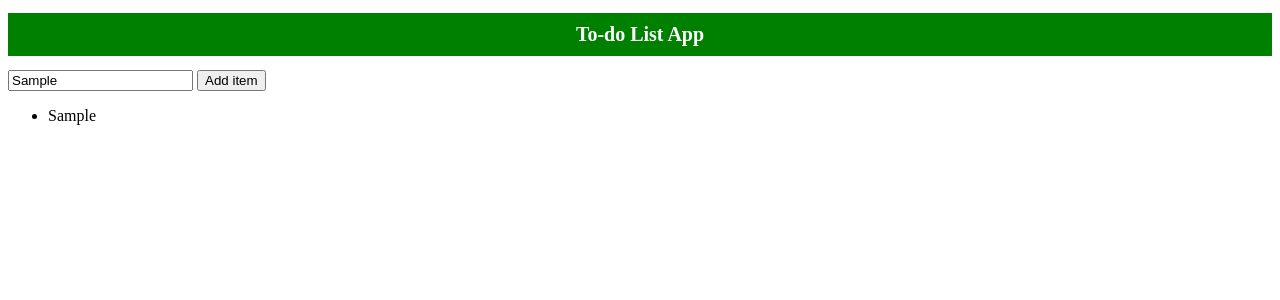
Repository: binhphanbp/WEB2064_JavaScript-Advanced_WD20305
Page: lesson4/lesson4.html
These files come from the project's save history. The page is drawn as it stood at one moment and after the next save; the edit follows.
The browser window is 1280 px wide. The pictures show the whole page.
Empty fields were first filled with sample values (such as "Sample", 5 or name@example.com).
After loading, the first visible `#btnAdd` was clicked once.

Above is the page before, as saved 2025-09-22 13:55:06.
Console error (its wording comes from the project's code and is left out).

### lesson4/lesson4.html
<!DOCTYPE html>
<html lang="en">
  <head>
    <meta charset="UTF-8" />
    <meta name="viewport" content="width=device-width, initial-scale=1.0" />
    <title>Document</title>

    <style>
      .styleH1 {
        padding: 10px;
        text-align: center;
      }

      .anotherStyleH1 {
        box-shadow: 5px 5px 10px gray;
      }

      .completed {
        text-decoration: line-through;
        color: gray;
      }
    </style>
  </head>
  <body>
    <h1 id="h1Tag">To-do List App</h1>
    <div id="divTodo"></div>
    <ul id="ulTag"></ul>

    <script>
      const h1Tag = document.getElementById('h1Tag');
      const divTodo = document.getElementById('divTodo');
      const ulTag = document.getElementById('ulTag');

      // 1. Sử dụng style
      h1Tag.style = 'background-color: green; color: white';
      h1Tag.style.fontSize = '20px';

      // 2. Sử dụng với className
      h1Tag.className = 'styleH1';

      // 3. Sử dụng classList
      h1Tag.classList.add('anotherStyleH1');
      h1Tag.classList.remove('anotherStyleH1');

      // 4. Thêm một phần tử mới bằng createElement
      // const liTag = document.createElement('li');
      // liTag.innerText = 'Learn JavaScript Advanced';
      // ulTag.appendChild(liTag);

      // 5. Thêm phần tử bằng HTML
      divTodo.innerHTML = `
        <input type="text" placeholder="Enter item">
        <button id = 'btnAdd' type="submit">Add item</button>
      `;

      // Chọn phần tử input, button. Bấm nút thêm thì lấy giá trị trong input
      const inputTag = document.querySelector('input');
      const btnAdd = document.querySelector('#btnAdd');

      btnAdd.addEventListener('click', () => {
        const liTag = document.createElement('li');
        const btnDelete = document.createElement('button');
        const inputValue = inputTag.value;
        liTag.innerText = inputValue;
        liTag.addEventListener('click', () => {
          liTag.classList.toggle('completed');
        });

        // insertAdjacentElement
        ulTag.insertAdjacentElement('beforeend', liTag);
        liTag.insertAdjacentElement('beforeend', liTag);

        inputTag.value = '';

        updateTaskCount();
      });

      // 6. Chèn phần tử bằng after
      const h4Tag = document.createElement('h4');
      const updateTaskCount = () => {
        const totalTasks = document.querySelectorAll('li').length;

        h4Tag.innerText = `Tổng số công việc: ` + totalTasks;
        ulTag.appendChild(h4Tag);
      };
    </script>
  </body>
</html>

After the next save:
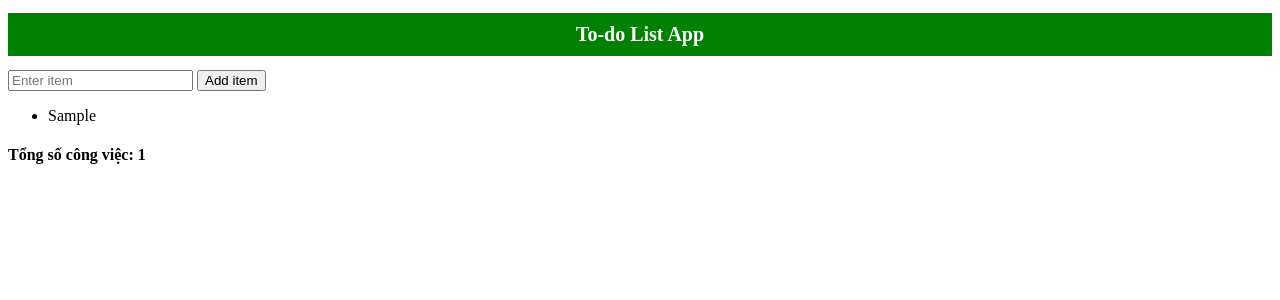
The error is gone.
Saved 39 s later.
--- a/lesson4/lesson4.html
+++ b/lesson4/lesson4.html
@@ -68,7 +68,6 @@
 
         // insertAdjacentElement
         ulTag.insertAdjacentElement('beforeend', liTag);
-        liTag.insertAdjacentElement('beforeend', liTag);
 
         inputTag.value = '';
 
@@ -81,7 +80,7 @@
         const totalTasks = document.querySelectorAll('li').length;
 
         h4Tag.innerText = `Tổng số công việc: ` + totalTasks;
-        ulTag.appendChild(h4Tag);
+        ulTag.after(h4Tag);
       };
     </script>
   </body>
